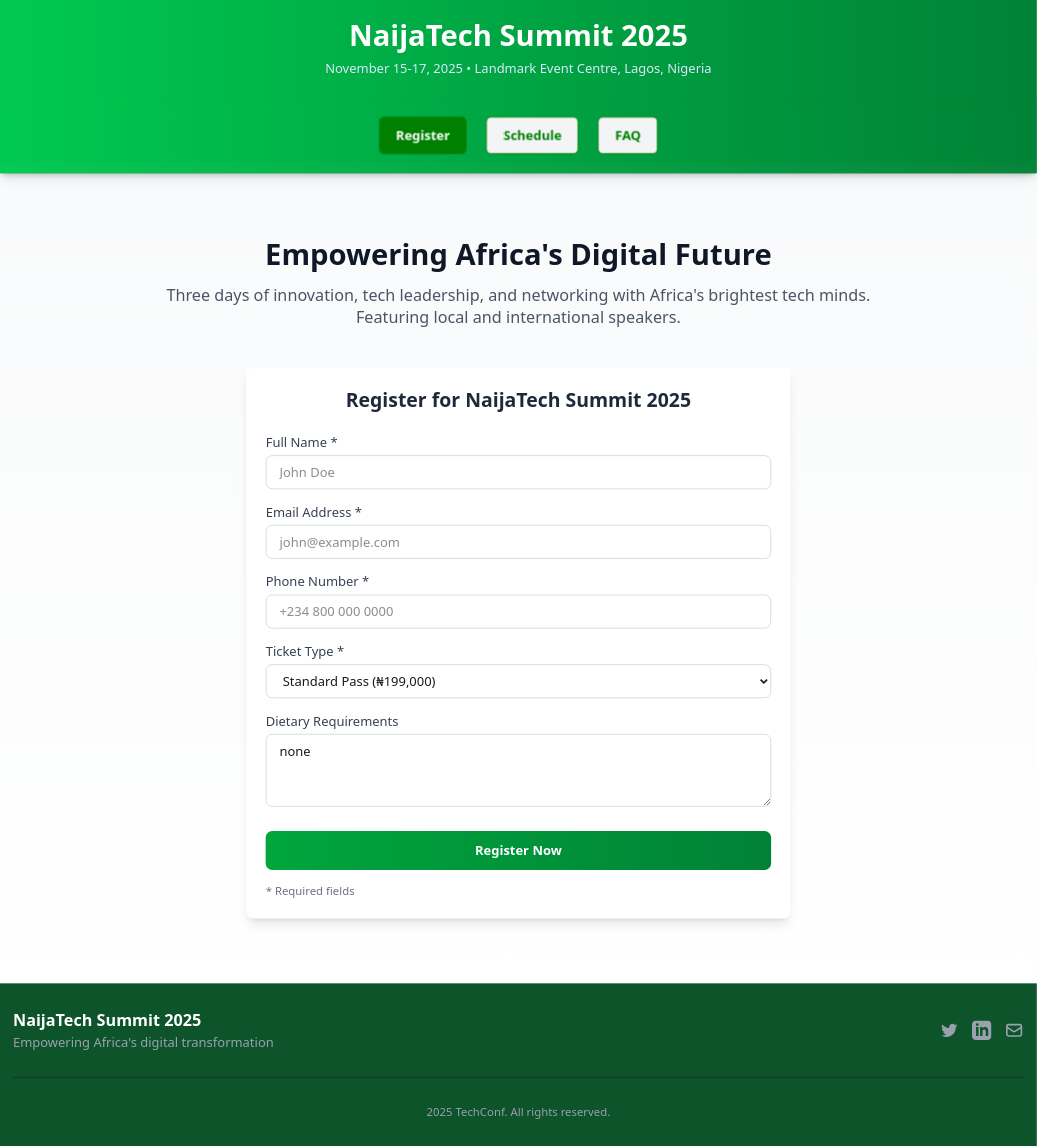
Repository: AYANO-EMMANUEL/fictional-tech-conf-event
Page: /
The author's editor kept a copy of each file at every save. The page is drawn from the files as they stood at one save, then again after a run of saves.
The browser window is 1280 px wide. The pictures show the whole page, at 81% of full size.
The project was rebuilt for these pictures with package versions that can differ from the ones it lists, and the page was loaded fresh each time. Also part of the build but not shown: vite.config.ts, src/components/Schedule/Schedule.tsx, src/components/FAQ/FAQ.tsx.

Above is the page before, as saved 2025-08-06 14:17:09.

### index.html
<!doctype html>
<html lang="en">
  <head>
    <meta charset="UTF-8" />
    <link rel="icon" type="image/svg+xml" href="/vite.svg" />
    <link rel="stylesheet" href="/src/index.css">
    <meta name="viewport" content="width=device-width, initial-scale=1.0" />
    <title>Vite + React + TS</title>
  </head>
  <body>
    <div id="root"></div>
    <script type="module" src="/src/main.tsx"></script>
  </body>
</html>

### src/index.css
/* @import "tailwindcss/components.css";
@import "tailwindcss/preflight.css";
@import "tailwindcss/utilities.css"; */
/* @tailwind base;
@tailwind components;
@tailwind utilities; */

@import "tailwindcss";

/* Custom styles */
.btn {
  display: inline-flex;
  align-items: center;
  justify-content: center;
  font-weight: 600;
  padding: 0.625rem 1.25rem;
  border-radius: 0.375rem;
  transition: all 0.2s ease-in-out;
  cursor: pointer;
  border: 1px solid transparent;
  box-shadow: 0 1px 2px 0 rgba(0, 0, 0, 0.05);
}

.btn:focus {
  outline: 2px solid transparent;
  outline-offset: 2px;
  box-shadow: 0 0 0 3px rgba(59, 130, 246, 0.5);
}

/* Primary Button */
.btn-primary {
  /* @apply bg-nigeria-green text-white hover:bg-green-700 focus:bg-green-700 active:bg-green-800; */
  background-color: green;
  color: white;
  border-color: green;
}

.btn-primary:focus {
  outline: 2px solid transparent;
  outline-offset: 2px;
  box-shadow: 0 0 0 3px rgba(59, 130, 246, 0.5);
}

.btn-primary:hover {
  transform: translateY(-1px);
  box-shadow: 0 4px 6px -1px rgba(0, 0, 0, 0.1), 0 2px 4px -1px rgba(0, 0, 0, 0.06);
}

.btn-primary:active {
  transform: translateY(0);
}

/* Secondary button */
.btn-secondary {
  /* @apply bg-white text-nigeria-green border-2 border-nigeria-green hover:bg-green-50 focus:bg-green-50 active:bg-green-100; */
  background-color: #f3f4f6;
  color: green;
  border: 1px solid green;
}

.btn-secondary:hover {
  background-color: #e5e7eb;
  transform: translateY(-1px);
  box-shadow: 0 4px 6px -1px rgba(0, 0, 0, 0.1), 0 2px 4px -1px rgba(0, 0, 0, 0.06);
}

.btn-secondary:active {
  transform: translateY(0);
}

.card {
  background-color: white;
  border-radius: 0.5rem;
  box-shadow: 0 4px 6px -1px rgb(0 0 0 / 0.1), 0 2px 4px -2px rgb(0 0 0 / 0.1);
  overflow: hidden;
  transition-property: all;
  transition-timing-function: cubic-bezier(0.4, 0, 0.2, 1);
  transition-duration: 200ms;
}

.card:hover {
  box-shadow: 0 10px 15px -3px rgb(0 0 0 / 0.1), 0 4px 6px -4px rgb(0 0 0 / 0.1);
}

.form-input {
  width: 100%;
  padding: 0.5rem 1rem;
  border-width: 1px;
  border-color: #d1d5db;
  border-radius: 0.5rem;
  transition-property: color, background-color, border-color, text-decoration-color, fill, stroke, opacity, box-shadow, transform, filter, backdrop-filter;
  transition-timing-function: cubic-bezier(0.4, 0, 0.2, 1);
  transition-duration: 200ms;
}

.form-input:focus {
  outline: 2px solid transparent;
  outline-offset: 2px;
  --tw-ring-offset-shadow: var(--tw-ring-inset) 0 0 0 var(--tw-ring-offset-width) var(--tw-ring-offset-color);
  --tw-ring-shadow: var(--tw-ring-inset) 0 0 0 calc(2px + var(--tw-ring-offset-width)) var(--tw-ring-color);
  box-shadow: var(--tw-ring-offset-shadow), var(--tw-ring-shadow), var(--tw-shadow, 0 0 #0000);
  --tw-ring-color: rgb(59 130 246 / 0.5);
  --tw-ring-offset-width: 0px;
  border-color: transparent;
}

.form-label {
  display: block;
  color: #374151;
  font-weight: 500;
  margin-bottom: 0.25rem;
}

/* Base styles */
:root {
  font-family: system-ui, -apple-system, BlinkMacSystemFont, 'Segoe UI', Roboto, 'Helvetica Neue', Arial, sans-serif;
  line-height: 1.5;
  font-weight: 400;
  color: #1a1a1a;
  background-color: #f9fafb;
  font-synthesis: none;
  text-rendering: optimizeLegibility;
  -webkit-font-smoothing: antialiased;
  -moz-osx-font-smoothing: grayscale;
}

/* Animations */
@keyframes fadeIn {
  from { opacity: 0; transform: translateY(10px); }
  to { opacity: 1; transform: translateY(0); }
}

.animate-fade-in {
  animation: fadeIn 0.3s ease-out forwards;
}

### src/main.tsx
import React from 'react';
import { createRoot } from 'react-dom/client';
import App from './App';
import './index.css';

const container = document.getElementById('root');
if (!container) throw new Error('Failed to find the root element');
const root = createRoot(container);

root.render(
  <React.StrictMode>
    <App />
  </React.StrictMode>
);

### src/App.tsx
import { useState } from 'react';
import { RegistrationForm } from './components/Form/RegistrationForm';
import Schedule from './components/Schedule/Schedule';
import FAQ from './components/FAQ/FAQ';
import Hero from '../src/assets/tnigeria-bg.jpeg';

function App() {
  const [activeSection, setActiveSection] = useState<'register' | 'schedule' | 'faq'>('register');

  return (
    <div className="min-h-screen bg-gray-50">
      {/* Header */}
      <header className="bg-gradient-to-r text-center from-green-500 to-green-700 bg text-white shadow-lg">
        <div className="container mx-auto px-4 py-6">
          <h1 className="text-3xl md:text-4xl font-bold mb-2">NaijaTech Summit 2025</h1>
          <p className="text-blue-100">November 15-17, 2025 • Landmark Event Centre, Lagos, Nigeria</p>
        </div>

        {/* Navigation */}
        <nav className="bg-nigeria-green/90 backdrop-blur-sm shadow-md">
          <div className="container mx-auto px-4">
            <div className="flex flex-col justify-center sm:flex-row space-y-2 sm:space-y-0 sm:space-x-6 py-6">
              <button
                onClick={() => setActiveSection('register')}
                className={`btn ${activeSection === 'register'
                  ? 'btn-primary'
                  : 'btn-secondary'}`}
              >
                Register
              </button>
              <button
                onClick={() => setActiveSection('schedule')}
                className={`btn ${activeSection === 'schedule'
                  ? 'btn-primary'
                  : 'btn-secondary'}`}
              >
                Schedule
              </button>
              <button
                onClick={() => setActiveSection('faq')}
                className={`btn ${activeSection === 'faq'
                  ? 'btn-primary'
                  : 'btn-secondary'}`}
              >
                FAQ
              </button>
            </div>
          </div>
        </nav>
      </header>

      {/* Hero Section */}
      {activeSection === 'register' && (
        <section className="py-12 md:py-20 bg-gradient-to-b from-nigeria-greenLight to-white">
          <div className="container mx-auto px-4">
            <div className="max-w-4xl mx-auto text-center mb-12">
              <h2 className="text-3xl md:text-4xl font-bold text-gray-900 mb-4">
                Empowering Africa's Digital Future
              </h2>
              <p className="text-xl text-gray-600">
                Three days of innovation, tech leadership, and networking with Africa's brightest tech minds. Featuring local and international speakers.
              </p>
            </div>
            <RegistrationForm onSuccess={() => setActiveSection('schedule')} />
          </div>
        </section>
      )}

      {/* Schedule Section */}
      {activeSection === 'schedule' && (
        <section className="py-12 md:py-16 bg-white">
          <main className="container mx-auto px-4 py-8">
            <Schedule />
          </main>
        </section>
      )}

      {/* FAQ Section */}
      {activeSection === 'faq' && (
        <section className="py-12 md:py-16 bg-gray-50">
          <div className="container mx-auto px-4">
            <FAQ />
          </div>
        </section>
      )}

      {/* Footer */}
      <footer className="bg-green-900 text-white py-8">
        <div className="container mx-auto px-4">
          <div className="flex flex-col md:flex-row justify-between items-center">
            <div className="mb-4 md:mb-0">
              <h3 className="text-xl font-bold">NaijaTech Summit 2025</h3>
              <p className="text-gray-400">Empowering Africa's digital transformation</p>
            </div>
            <div className="flex space-x-4">
              <a href="#" className="text-gray-400 hover:text-white transition-colors">
                <span className="sr-only">Twitter</span>
                <svg className="h-6 w-6" fill="currentColor" viewBox="0 0 24 24" aria-hidden="true">
                  <path d="M8.29 20.251c7.547 0 11.675-6.253 11.675-11.675 0-.178 0-.355-.012-.53A8.348 8.348 0 0022 5.92a8.19 8.19 0 01-2.357.646 4.118 4.118 0 001.804-2.27 8.224 8.224 0 01-2.605.996 4.107 4.107 0 00-6.993 3.743 11.65 11.65 0 01-8.457-4.287 4.106 4.106 0 001.27 5.477A4.072 4.072 0 012.8 9.713v.052a4.105 4.105 0 003.292 4.022 4.095 4.095 0 01-1.853.07 4.108 4.108 0 003.834 2.85A8.233 8.233 0 012 18.407a11.616 11.616 0 006.29 1.84" />
                </svg>
              </a>
              <a href="#" className="text-gray-400 hover:text-white transition-colors">
                <span className="sr-only">LinkedIn</span>
                <svg className="h-6 w-6" fill="currentColor" viewBox="0 0 24 24" aria-hidden="true">
                  <path fillRule="evenodd" d="M19 0h-14c-2.761 0-5 2.239-5 5v14c0 2.761 2.239 5 5 5h14c2.762 0 5-2.239 5-5v-14c0-2.761-2.238-5-5-5zm-11 19h-3v-11h3v11zm-1.5-12.268c-.966 0-1.75-.79-1.75-1.764s.784-1.764 1.75-1.764 1.75.79 1.75 1.764-.783 1.764-1.75 1.764zm13.5 12.268h-3v-5.604c0-3.368-4-3.113-4 0v5.604h-3v-11h3v1.765c1.396-2.586 7-2.777 7 2.476v6.759z" clipRule="evenodd" />
                </svg>
              </a>
              <a href="mailto:info@techconf.com" className="text-gray-400 hover:text-white transition-colors">
                <span className="sr-only">Email</span>
                <svg className="h-6 w-6" fill="none" stroke="currentColor" viewBox="0 0 24 24" xmlns="http://www.w3.org/2000/svg">
                  <path strokeLinecap="round" strokeLinejoin="round" strokeWidth={2} d="M3 8l7.89 5.26a2 2 0 002.22 0L21 8M5 19h14a2 2 0 002-2V7a2 2 0 00-2-2H5a2 2 0 00-2 2v10a2 2 0 002 2z" />
                </svg>
              </a>
            </div>
          </div>
          <div className="mt-8 pt-8 border-t border-gray-800 text-center text-gray-400 text-sm">
            <p> {new Date().getFullYear()} TechConf. All rights reserved.</p>
          </div>
        </div>
      </footer>
    </div>
  );
}

export default App;

### src/components/Form/RegistrationForm.tsx
import { useState, useEffect } from 'react';

interface FormData {
  fullName: string;
  email: string;
  phone: string;
  ticketType: 'standard' | 'vip' | 'student' | 'startup';
  state: string;
  organization: string;
  howHeard: string;
  dietaryRequirements: string;
}

interface RegistrationFormProps {
  onSuccess?: () => void;
}

export const RegistrationForm = ({ onSuccess }: RegistrationFormProps) => {
  const [formData, setFormData] = useState<FormData>({
    fullName: '',
    email: '',
    phone: '',
    ticketType: 'standard',
    state: '',
    organization: '',
    howHeard: '',
    dietaryRequirements: 'none',
  });

  const [errors, setErrors] = useState<Partial<FormData>>({});
  const [isSubmitted, setIsSubmitted] = useState(false);

  // Load saved form data from localStorage on component mount
  useEffect(() => {
    const savedFormData = localStorage.getItem('conferenceFormData');
    if (savedFormData) {
      setFormData(JSON.parse(savedFormData));
    }
  }, []);

  // Save form data to localStorage whenever it changes
  useEffect(() => {
    localStorage.setItem('conferenceFormData', JSON.stringify(formData));
  }, [formData]);

  const validateForm = (): boolean => {
    const newErrors: Partial<FormData> = {};
    let isValid = true;

    if (!formData.fullName.trim()) {
      newErrors.fullName = 'Full name is required';
      isValid = false;
    }

    if (!formData.email) {
      newErrors.email = 'Email is required';
      isValid = false;
    } else if (!/^[^\s@]+@[^\s@]+\.[^\s@]+$/.test(formData.email)) {
      newErrors.email = 'Please enter a valid email address';
      isValid = false;
    }

    if (!formData.phone) {
      newErrors.phone = 'Phone number is required';
      isValid = false;
    } else if (
      !(
        /^\+?234\s?\d{10}$/.test(formData.phone) ||
        /^\d{11}$/.test(formData.phone)
      )
    ) {
      newErrors.phone = 'Please enter a valid phone number';
      isValid = false;
    }

    setErrors(newErrors);
    return isValid;
  };

  const handleChange = (
    e: React.ChangeEvent<HTMLInputElement | HTMLSelectElement | HTMLTextAreaElement>
  ) => {
    const { name, value } = e.target;
    setFormData({
      ...formData,
      [name]: value,
    });
  };

  const handleSubmit = (e: React.FormEvent) => {
    e.preventDefault();
    if (validateForm()) {
      // In a real app, you would send the data to your backend here
      console.log('Form submitted:', formData);
      setIsSubmitted(true);
      // Reset form
      setFormData({
        fullName: '',
        email: '',
        phone: '',
        ticketType: 'standard',
        state: '',
        organization: '',
        howHeard: '',
        dietaryRequirements: 'none',
      });
      // Clear any saved form data from localStorage
      localStorage.removeItem('conferenceFormData');

      // Call the onSuccess callback if provided
      if (onSuccess) {
        onSuccess();
      }
    }
  };

  const nigerianStates = [
    'Abia', 'Adamawa', 'Akwa Ibom', 'Anambra', 'Bauchi', 'Bayelsa', 'Benue', 'Borno',
    'Cross River', 'Delta', 'Ebonyi', 'Edo', 'Ekiti', 'Enugu', 'FCT', 'Gombe',
    'Imo', 'Jigawa', 'Kaduna', 'Kano', 'Katsina', 'Kebbi', 'Kogi', 'Kwara',
    'Lagos', 'Nasarawa', 'Niger', 'Ogun', 'Ondo', 'Osun', 'Oyo', 'Plateau',
    'Rivers', 'Sokoto', 'Taraba', 'Yobe', 'Zamfara'
  ];

  if (isSubmitted) {
    return (
      <div className="text-center py-8">
        <div className="text-green-500 text-5xl mb-4">✓</div>
        <h3 className="text-xl font-semibold text-gray-800 mb-2">E Don Cast!</h3>
        <p className="text-gray-600">Your registration is complete! We've sent a confirmation to {formData.email}.</p>
        <p className="text-gray-600 mt-2">No go miss am, we dey wait you for Landmark Event Centre!</p>
      </div>
    );
  }

  return (
    <div className="bg-white shadow-lg rounded-lg p-6 max-w-2xl mx-auto transform transition-all duration-300 hover:shadow-xl">
      <h2 className="text-2xl font-bold text-gray-800 mb-6 text-center">
        Register for NaijaTech Summit 2025
      </h2>
      <form onSubmit={handleSubmit} className="space-y-4">
        <div>
          <label htmlFor="fullName" className="block text-gray-700 font-medium mb-1">
            Full Name *
          </label>
          <input
            type="text"
            id="fullName"
            name="fullName"
            value={formData.fullName}
            onChange={handleChange}
            className={`w-full px-4 py-2 border rounded-lg focus:ring-2 focus:ring-blue-500 focus:border-transparent ${
              errors.fullName ? 'border-red-500' : 'border-gray-300'
            }`}
            placeholder="John Doe"
          />
          {errors.fullName && (
            <p className="mt-1 text-sm text-red-600">{errors.fullName}</p>
          )}
        </div>

        <div>
          <label htmlFor="email" className="block text-gray-700 font-medium mb-1">
            Email Address *
          </label>
          <input
            type="email"
            id="email"
            name="email"
            value={formData.email}
            onChange={handleChange}
            className={`w-full px-4 py-2 border rounded-lg focus:ring-2 focus:ring-blue-500 focus:border-transparent ${
              errors.email ? 'border-red-500' : 'border-gray-300'
            }`}
            placeholder="john@example.com"
          />
          {errors.email && (
            <p className="mt-1 text-sm text-red-600">{errors.email}</p>
          )}
        </div>

        <div>
          <label htmlFor="phone" className="block text-gray-700 font-medium mb-1">
            Phone Number *
          </label>
          <input
            type="tel"
            id="phone"
            name="phone"
            value={formData.phone}
            onChange={handleChange}
            className={`w-full px-4 py-2 border rounded-lg focus:ring-2 focus:ring-blue-500 focus:border-transparent ${
              errors.phone ? 'border-red-500' : 'border-gray-300'
            }`}
            placeholder="+234 800 000 0000"
          />
          {errors.phone && (
            <p className="mt-1 text-sm text-red-600">{errors.phone}</p>
          )}
        </div>

        <div>
          <label htmlFor="ticketType" className="block text-gray-700 font-medium mb-1">
            Ticket Type *
          </label>
          <select
            id="ticketType"
            name="ticketType"
            value={formData.ticketType}
            onChange={handleChange}
            className="w-full px-4 py-2 border border-gray-300 rounded-lg focus:ring-2 focus:ring-blue-500 focus:border-transparent"
          >
            <option value="standard">Standard Pass (₦199,000)</option>
            <option value="vip">VIP Pass (₦399,000)</option>
            <option value="student">Student Pass (₦99,000)</option>
          </select>
        </div>

        <div>
          <label htmlFor="dietaryRequirements" className="block text-gray-700 font-medium mb-1">
            Dietary Requirements
          </label>
          <textarea
            id="dietaryRequirements"
            name="dietaryRequirements"
            value={formData.dietaryRequirements}
            onChange={handleChange}
            rows={3}
            className="w-full px-4 py-2 border border-gray-300 rounded-lg focus:ring-2 focus:ring-blue-500 focus:border-transparent"
            placeholder="Any dietary restrictions or allergies?"
          />
        </div>

        <div className="pt-2">
          <button
            type="submit"
            className="w-full bg-gradient-to-r from-green-600 to-green-700 hover:from-green-700 hover:to-green-800 cursor-pointer text-white font-bold py-3 px-4 rounded-lg transition-all duration-300 transform hover:scale-[1.02] hover:shadow-lg active:scale-95"
          >
            Register Now
          </button>
        </div>

        <p className="text-sm text-gray-500 mt-4">
          * Required fields
        </p>
      </form>
    </div>
  );
};

export default RegistrationForm;

After the next 2 saves:
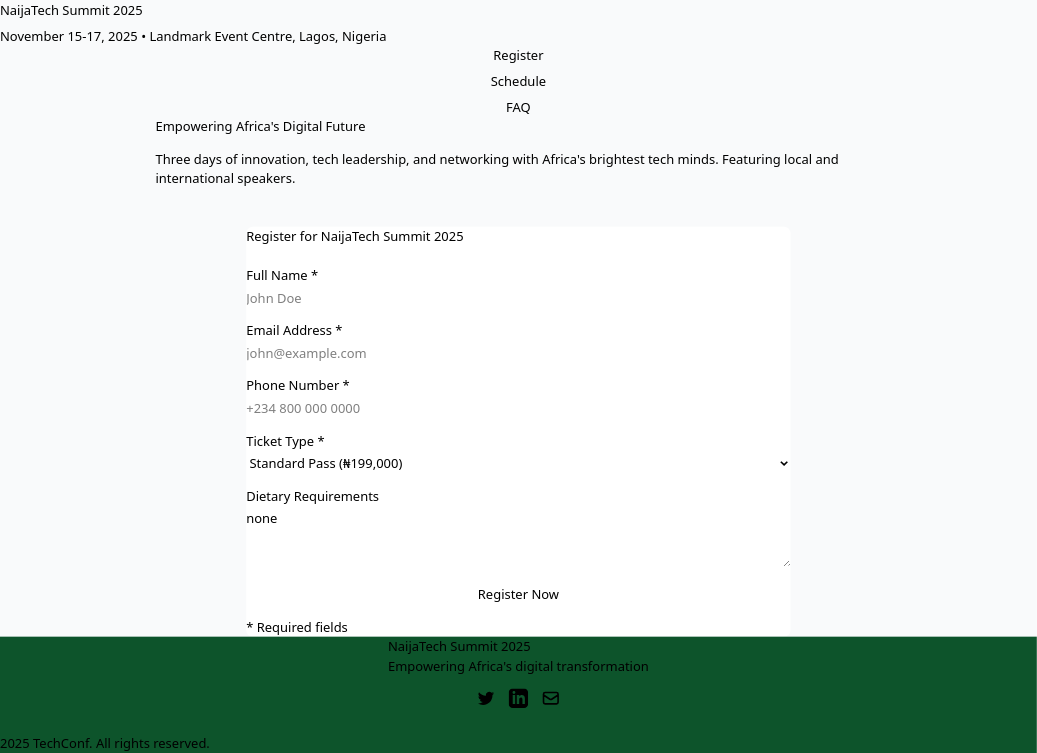
The 2 saves are shown as one change because they came seconds apart.
The last was saved 14 s later.
--- a/src/App.tsx
+++ b/src/App.tsx
@@ -10,7 +10,7 @@ function App() {
   return (
     <div className="min-h-screen bg-gray-50">
       {/* Header */}
-      <header className="bg-gradient-to-r text-center from-green-500 to-green-700 bg text-white shadow-lg">
+      <header className="bg-gradient-to-r text-center from-green-500 to-green-700 bg-cover bg-center bg-[url(')] text-white shadow-lg">
         <div className="container mx-auto px-4 py-6">
           <h1 className="text-3xl md:text-4xl font-bold mb-2">NaijaTech Summit 2025</h1>
           <p className="text-blue-100">November 15-17, 2025 • Landmark Event Centre, Lagos, Nigeria</p>
